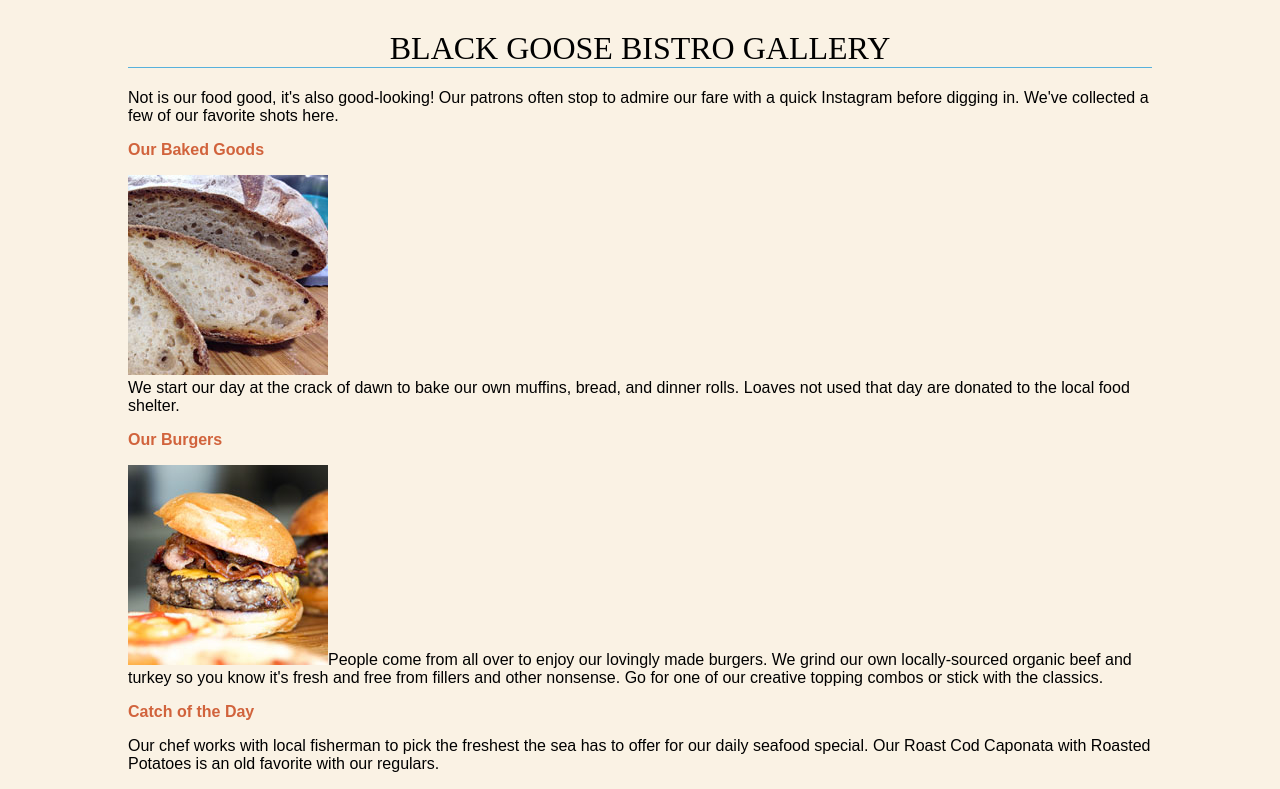
Repository: Colo-Codes/code-practice
Page: gallery/index.html
An editor plug-in stored every save of this project. The page is shown before and after the next save, followed by the edit.
The browser window is 1280 px wide. The pictures show the whole page.

Above is the page before, as saved 2021-04-27 13:53:25.

After the next save:
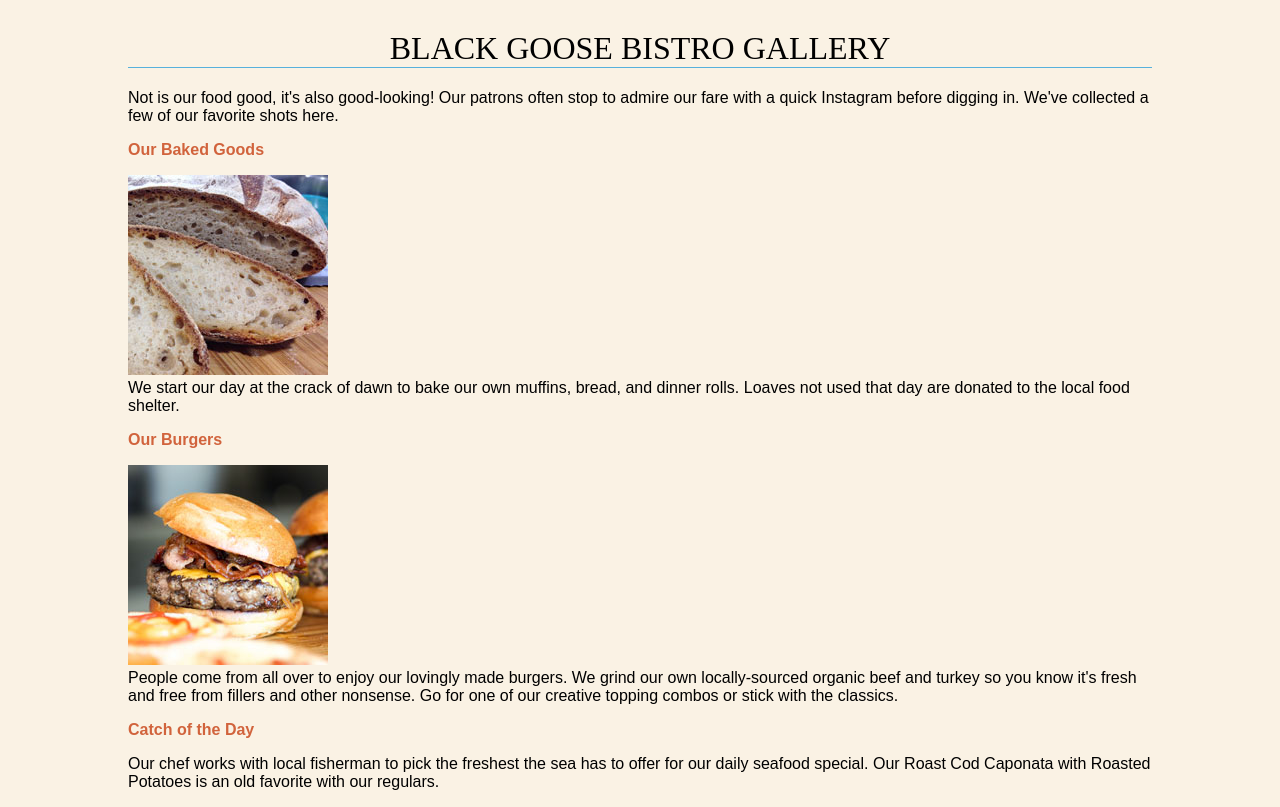
Saved 43 s later.
--- a/gallery/index.html
+++ b/gallery/index.html
@@ -39,7 +39,7 @@ h2 {
 We start our day at the crack of dawn to bake our own muffins, bread, and dinner rolls. Loaves not used that day are donated to the local food shelter. </p>
 
 <h2>Our Burgers</h2>
-<p><img src="thumbnails/burgers-200.jpg" alt="A tasty burger with bacon and cheese.">People come from all over to enjoy our lovingly made burgers. We grind our own locally-sourced organic beef and turkey so you know it's fresh and free from fillers and other nonsense. Go for one of our creative topping combos or stick with the classics. </p>
+<p><a href="burgers.html"><img src="thumbnails/burgers-200.jpg" alt="A tasty burger with bacon and cheese."></a><br>People come from all over to enjoy our lovingly made burgers. We grind our own locally-sourced organic beef and turkey so you know it's fresh and free from fillers and other nonsense. Go for one of our creative topping combos or stick with the classics. </p>
 
 <h2>Catch of the Day</h2>
 <p>Our chef works with local fisherman to pick the freshest the sea has to offer for our daily seafood special. Our Roast Cod Caponata with Roasted Potatoes is an old favorite with our regulars.</p>
